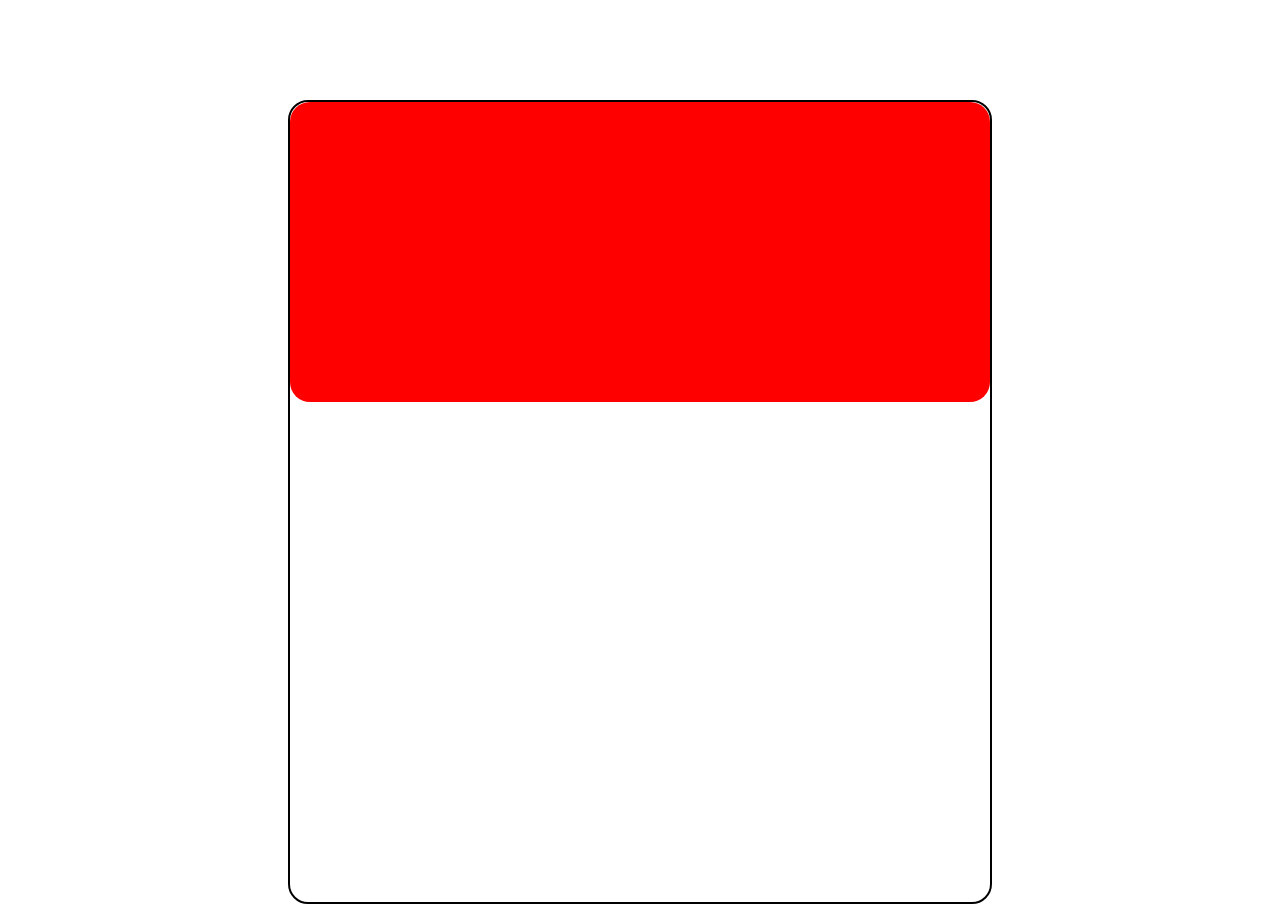
Repository: Jamilsonh/card
Page: /Gyarados
These files come from the project's save history. The page is drawn as it stood at one moment and after the next save; the edit follows.
The browser window is 1280 px wide. The pictures show the whole page.
The project was rebuilt for these pictures with package versions that can differ from the ones it lists, and the page was loaded fresh each time.

Above is the page before, as saved 2022-04-22 16:57:48.

### src/App.js
import { Card, CardTopo } from "./Styles";

function App() {
  return (
    <>
      <Card>
        <CardTopo>

        </CardTopo>
      </Card>
    </>
  );
}

export default App;

### src/Styles.js
import styled from "styled-components";

export const Card = styled.div`
    width: 700px;
    height: 800px;
    margin-left: auto;
    margin-right: auto;
    margin-top: 100px;
    border-width: 2px;
    border-style: solid;
    border-radius: 20px;
`

export const CardTopo = styled.div`
    width: 700px;
    height: 300px;
    background-color: red;
    border-radius: 20px;
`

Loaded but not shown: public/index.html (common file); src/index.js (common file)

After the next save:
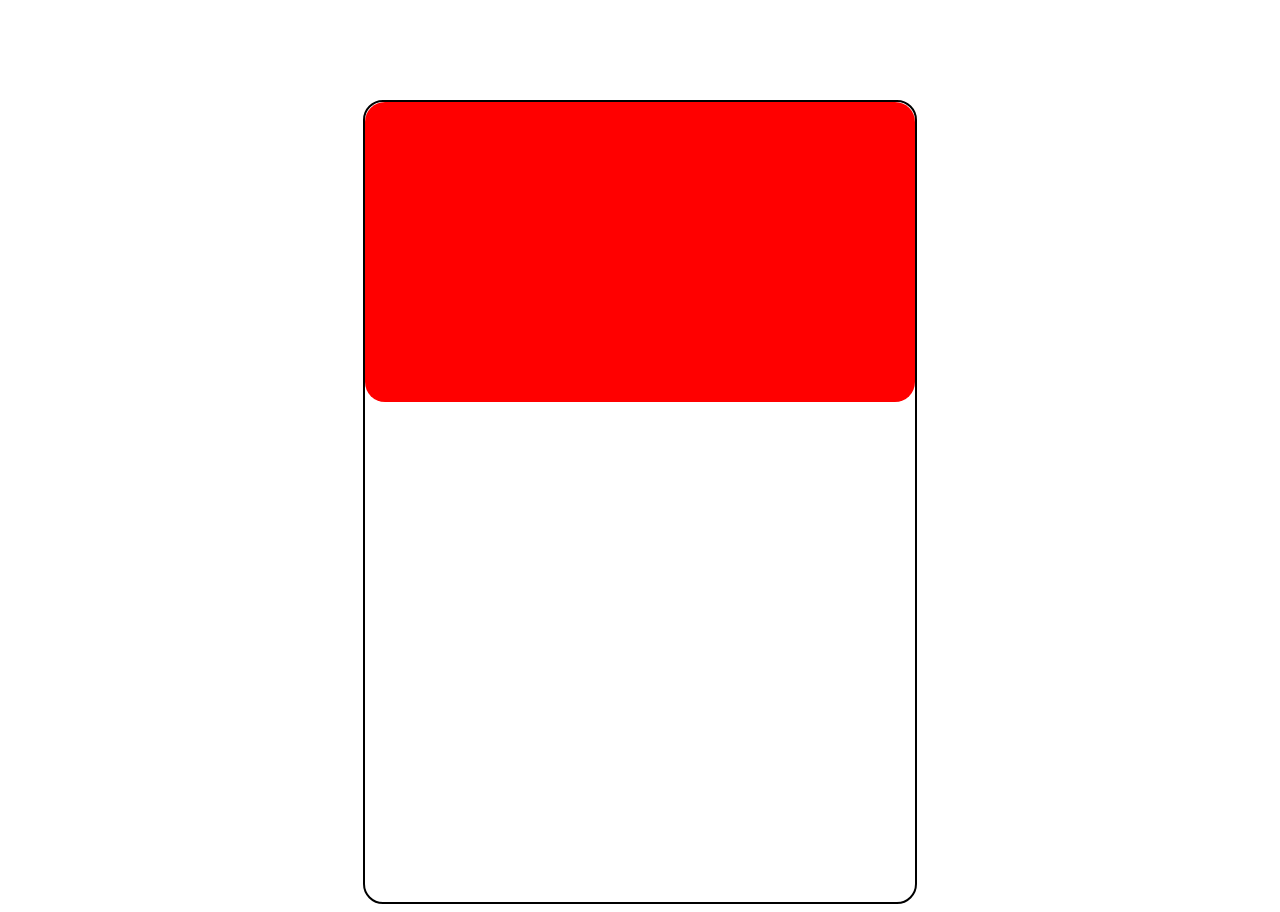
Saved 43 s later.
--- a/src/Styles.js
+++ b/src/Styles.js
@@ -1,7 +1,7 @@
 import styled from "styled-components";
 
 export const Card = styled.div`
-    width: 700px;
+    width: 550px;
     height: 800px;
     margin-left: auto;
     margin-right: auto;
@@ -12,7 +12,7 @@
 `
 
 export const CardTopo = styled.div`
-    width: 700px;
+    width: 550px;
     height: 300px;
     background-color: red;
     border-radius: 20px;
